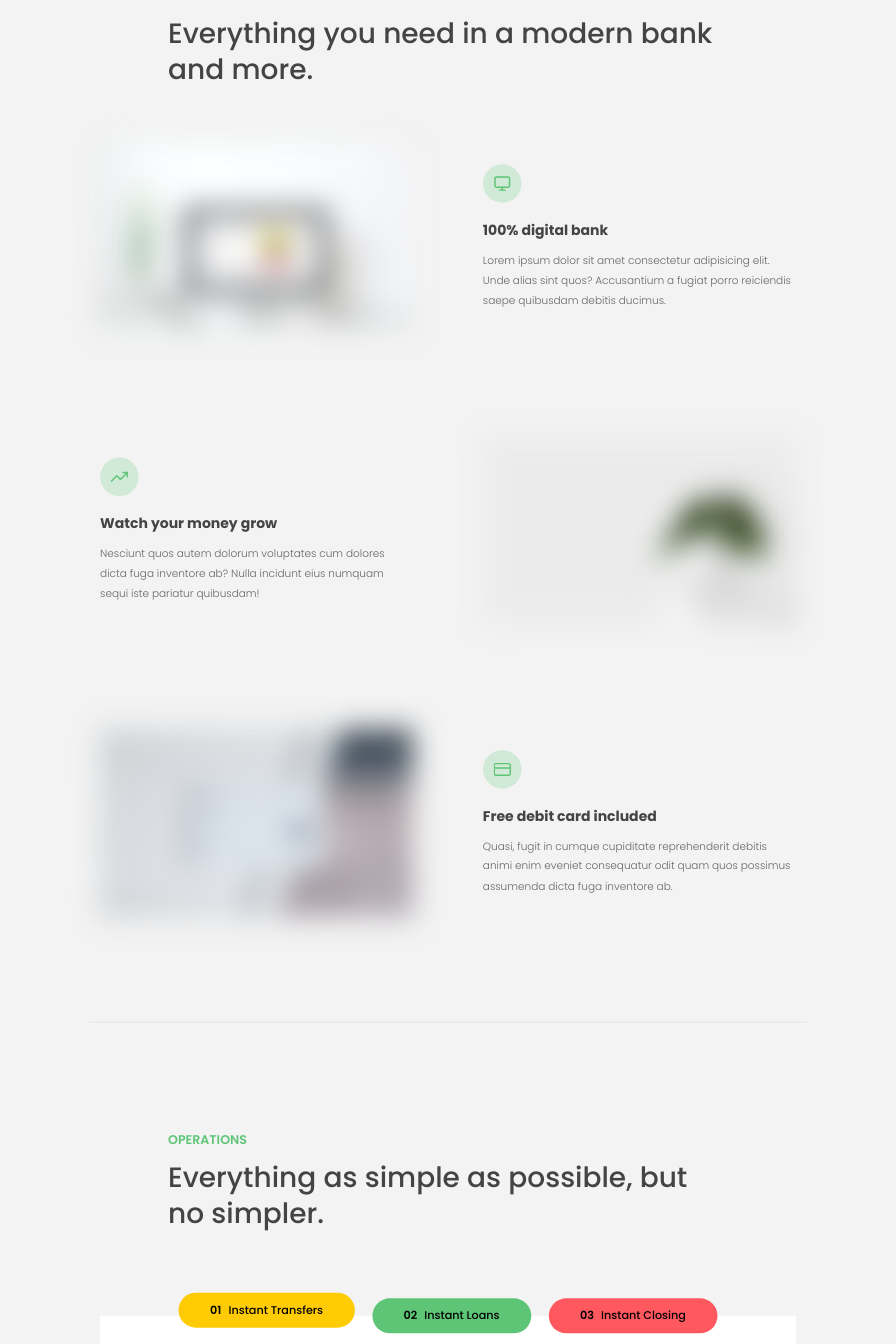
Repository: nptg3105/Bankist
Page: index.html
The author's editor kept a copy of each file at every save. The page is drawn from the files as they stood at one save, then again after the next save.
The browser window is 1280 px wide. The pictures show the part of the page from y = 984 to 2904 px (the page is 5256 px tall), at 70% of full size.
Some web libraries are served in a nearby version.

Above is the page before, as saved 2022-06-03 15:03:04.
Console error: SyntaxError: Identifier 'modal' has already been declared

After the next save:
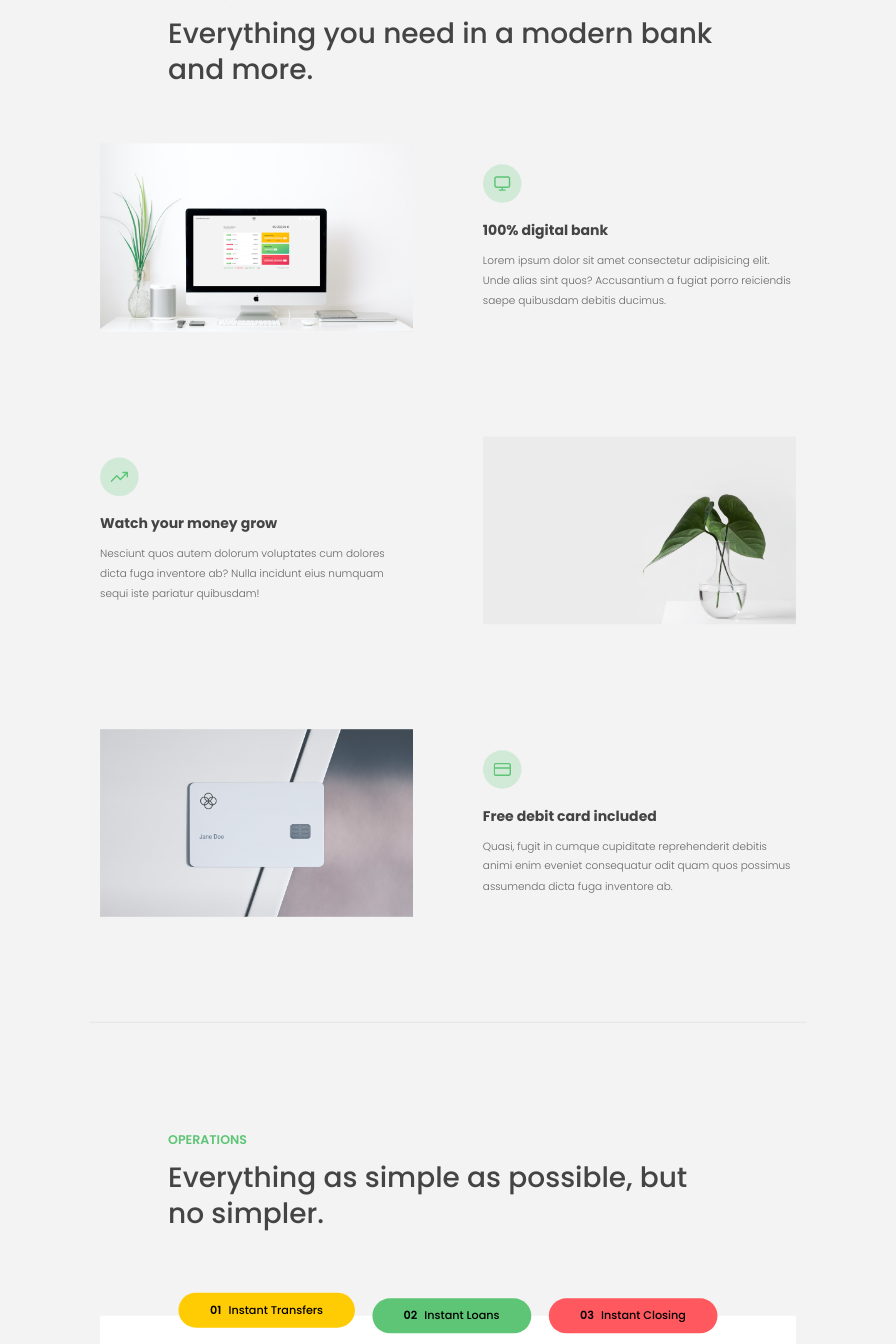
The error is gone.
Saved 14 s later.
--- a/src/js/script.js
+++ b/src/js/script.js
@@ -280,7 +280,6 @@ const form = document.querySelector(".modal__form");
 const firstName = document.getElementById("first-name");
 const lastName = document.getElementById("last-name");
 const email = document.getElementById("email");
-const modal = document.querySelector(".modal");
 
 console.log(form);
 console.log(firstName);
